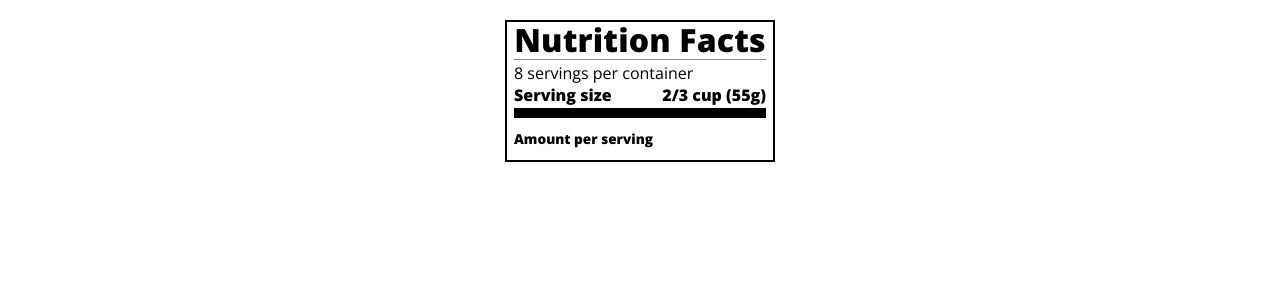
Repository: AimenDje/NutritionLabel
Page: index.html
An editor plug-in stored every save of this project. The page is shown before and after the next save, followed by the edit.
The browser window is 1280 px wide. The pictures show the whole page.

Above is the page before, as saved 2025-08-30 22:22:37.

### index.html
<!DOCTYPE html>
<html lang="en">

<head>
  <meta charset="UTF-8">
  <title>Nutrition Label</title>
  <link rel="stylesheet" href="https://fonts.googleapis.com/css?family=Open+Sans:400,700,800">
  <link rel="stylesheet" href="styles.css">

</head>

<body>
  <div class="label">
    <header>
      <h1 class="bold">Nutrition Facts</h1>
      <div class="divider"></div>
      <p>8 servings per container</p>
      <p class="bold">Serving size <span>2/3 cup (55g)</span></p>
    </header>
    <div class="divider large"> </div>
    <div class="calories-info">
      <div class="left-container">
        <h2 class="bold small-text"> Amount per serving</h2>
      </div>
    </div>
  </div>
  </div>
</body>
</html>

### styles.css
*{
  box-sizing: border-box;
}

body{
  font-family:"Open Sans", sans-serif;
}

html{
  font-size:16px;
}

.label {
  border: 2px solid black;
  width: 270px;
  margin: 20px auto;
  padding : 0 7px;
}

header h1 {
  text-align: center;
  margin : -4px 0;
  letter-spacing : 0.15px;
}

p{
  margin : 0;
  display:flex;
  justify-content: space-between;
}

.divider{
  border-bottom: 1px solid #888989;
  margin : 2px 0;
}

.bold{
  font-weight: 800;
}

.large{
  height:10px;

}
.large, .medium{
  background-color:black;
  border:0;
}

.small-text{
  font-size: 0.85rem;
}

After the next save:
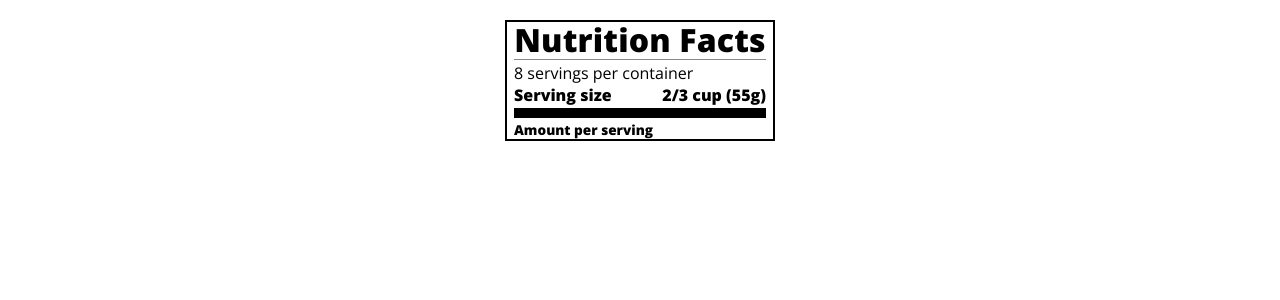
Saved 40 s later.
--- a/styles.css
+++ b/styles.css
@@ -50,3 +50,7 @@ p{
 .small-text{
   font-size: 0.85rem;
 }
+
+.calories-info h2{
+  margin:0;
+}
